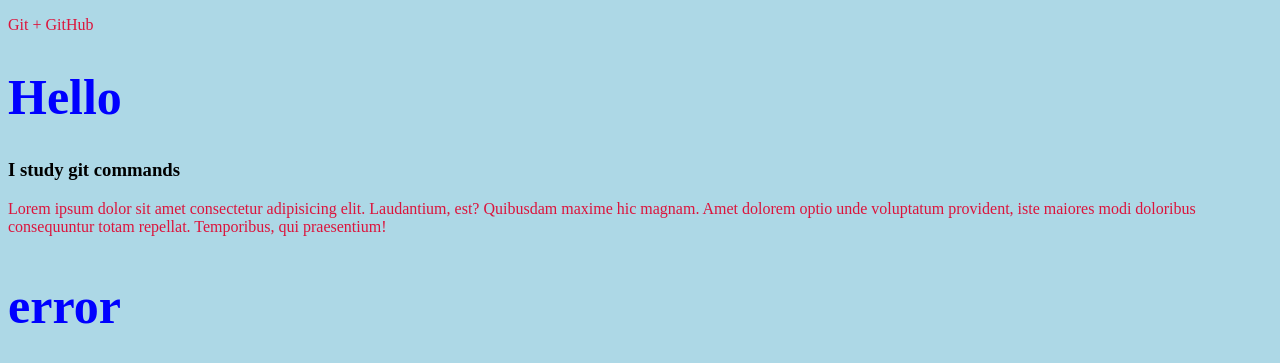
Repository: yshpishak/GitTest
Page: index.html
The author's editor kept a copy of each file at every save. The page is drawn from the files as they stood at one save, then again after the next save.
The browser window is 1280 px wide. The pictures show the whole page.

Above is the page before, as saved 2020-12-02 21:29:02.

After the next save:
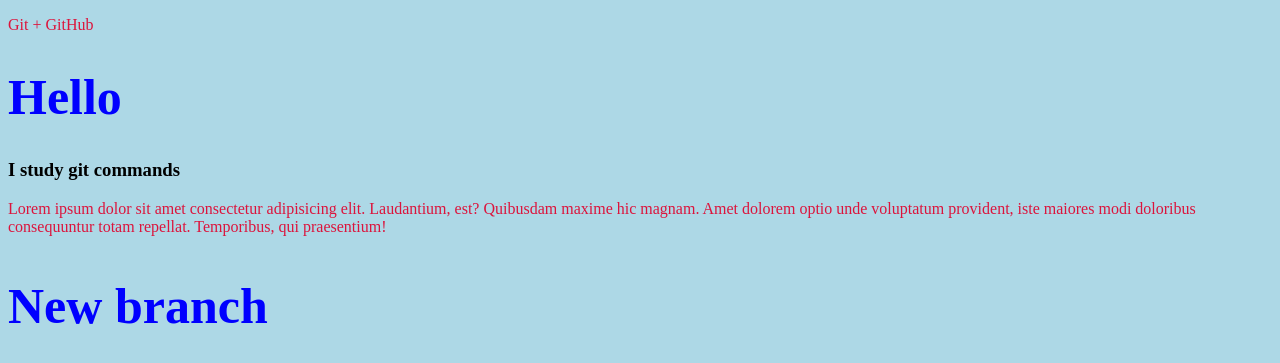
Saved 74 min 16 s later.
--- a/index.html
+++ b/index.html
@@ -10,6 +10,6 @@
     <h1>Hello</h1>
     <h3>I study git commands</h3>
     <p>Lorem ipsum dolor sit amet consectetur adipisicing elit. Laudantium, est? Quibusdam maxime hic magnam. Amet dolorem optio unde voluptatum provident, iste maiores modi doloribus consequuntur totam repellat. Temporibus, qui praesentium!</p>
-    <h2>error</h2>
+    <h2>New branch</h2>
 </body>
 </html>
